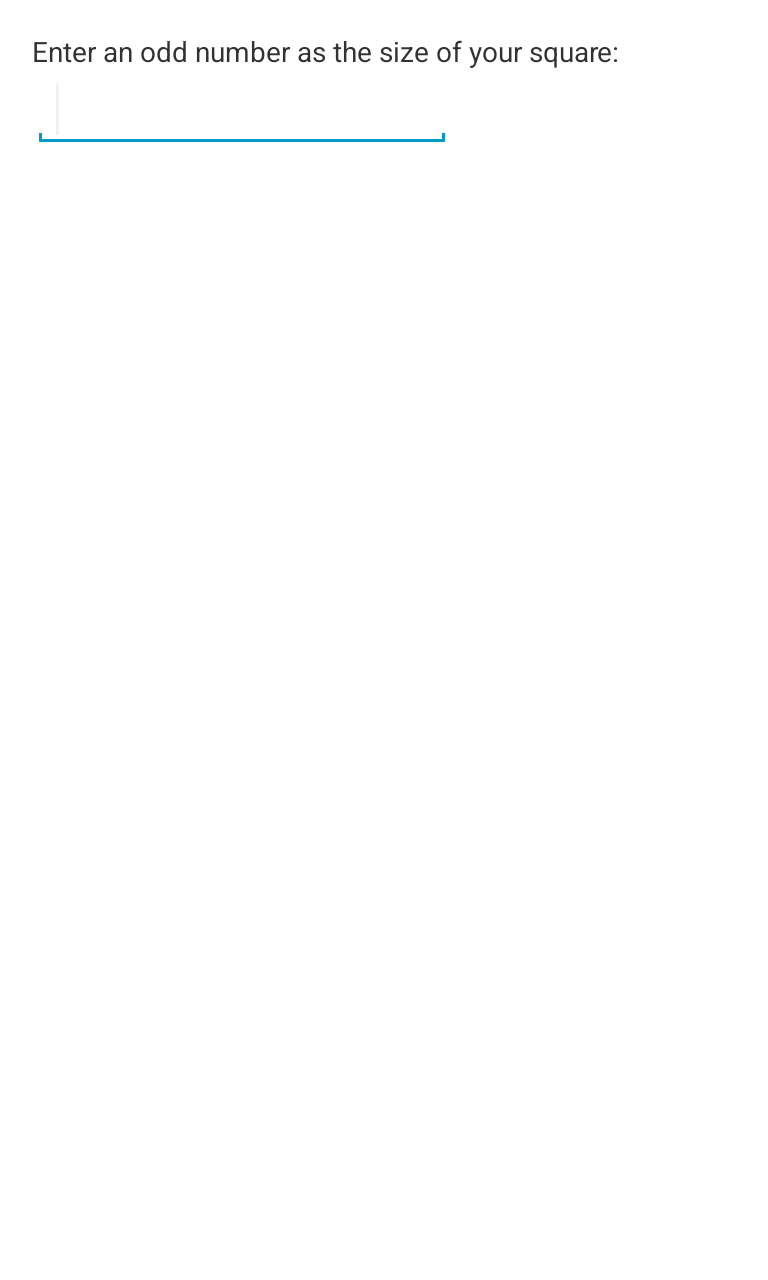
Repository: lethe13/AndroidProgramming
Layout: COMP304-Assignment3/res/layout/activity_main.xml
The author's editor kept a copy of each file at every save. The layout is drawn from the files as they stood at one save, then again after the next save.
It is drawn on a 768 x 1280 px phone screen (xhdpi) without system bars, with theme AppTheme; the app's code is not run.

Above is the layout before, as saved 2015-10-14 02:20:04.

### COMP304-Assignment3/res/layout/activity_main.xml
<RelativeLayout xmlns:android="http://schemas.android.com/apk/res/android"
    xmlns:tools="http://schemas.android.com/tools"
    android:layout_width="match_parent"
    android:layout_height="match_parent"
    android:paddingBottom="@dimen/activity_vertical_margin"
    android:paddingLeft="@dimen/activity_horizontal_margin"
    android:paddingRight="@dimen/activity_horizontal_margin"
    android:paddingTop="@dimen/activity_vertical_margin"
    tools:context="com.example.comp304_assignment3.MainActivity" >

    <TextView
        android:id="@+id/lblInput"
        android:layout_width="wrap_content"
        android:layout_height="wrap_content"
        android:text="Enter an odd number as the size of your square:" />

    <EditText
        android:id="@+id/txtInput"
        android:layout_width="wrap_content"
        android:layout_height="wrap_content"
        android:layout_below="@+id/lblInput"
        android:ems="10" >

        <requestFocus />
    </EditText>

</RelativeLayout>

Loaded but not shown: COMP304-Assignment3/res/values/styles.xml (common file); COMP304-Assignment3/res/values-v11/styles.xml (common file); COMP304-Assignment3/res/values-v14/styles.xml (common file); COMP304-Assignment3/res/values/dimens.xml (common file); COMP304-Assignment3/res/values-w820dp/dimens.xml (common file)

After the next save:
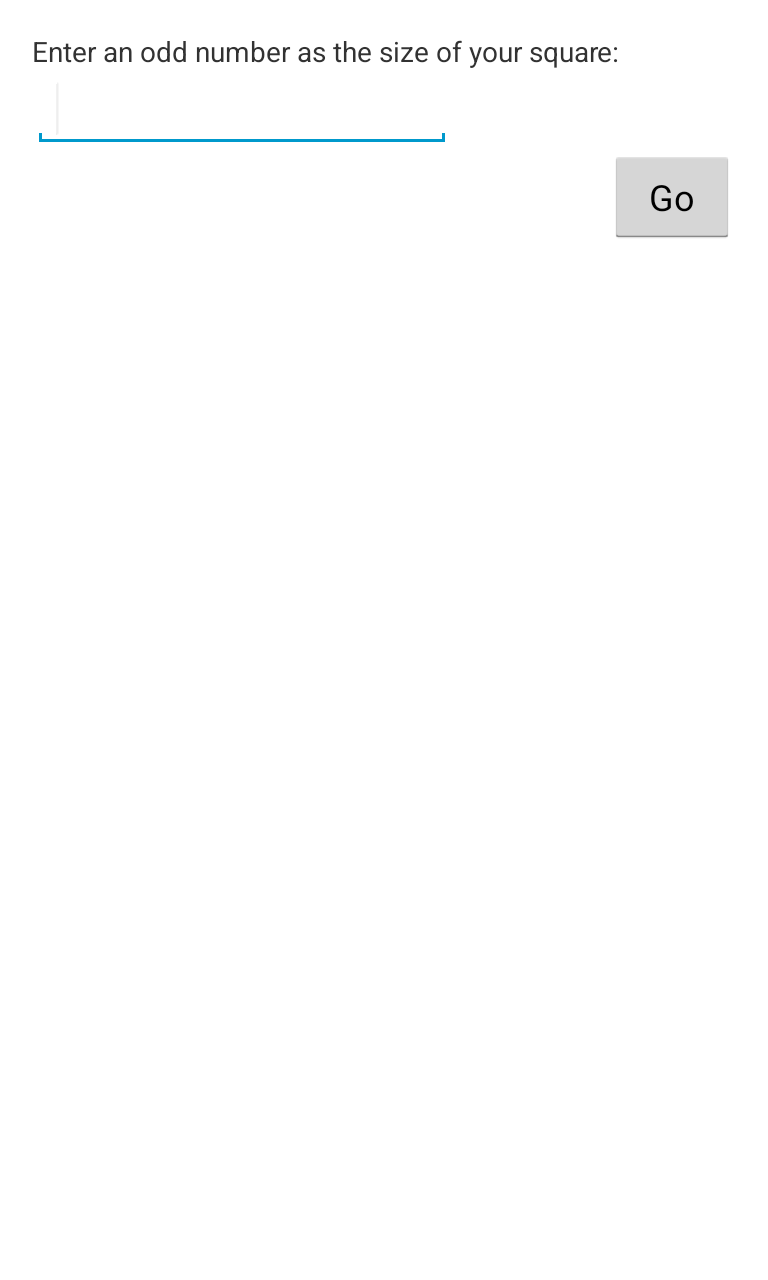
Saved 3 min 8 s later.
--- a/COMP304-Assignment3/res/layout/activity_main.xml
+++ b/COMP304-Assignment3/res/layout/activity_main.xml
@@ -24,4 +24,12 @@
         <requestFocus />
     </EditText>
 
+    <Button
+        android:id="@+id/button1"
+        android:layout_width="wrap_content"
+        android:layout_height="wrap_content"
+        android:layout_alignParentRight="true"
+        android:layout_below="@+id/txtInput"
+        android:text="Go" />
+
 </RelativeLayout>
